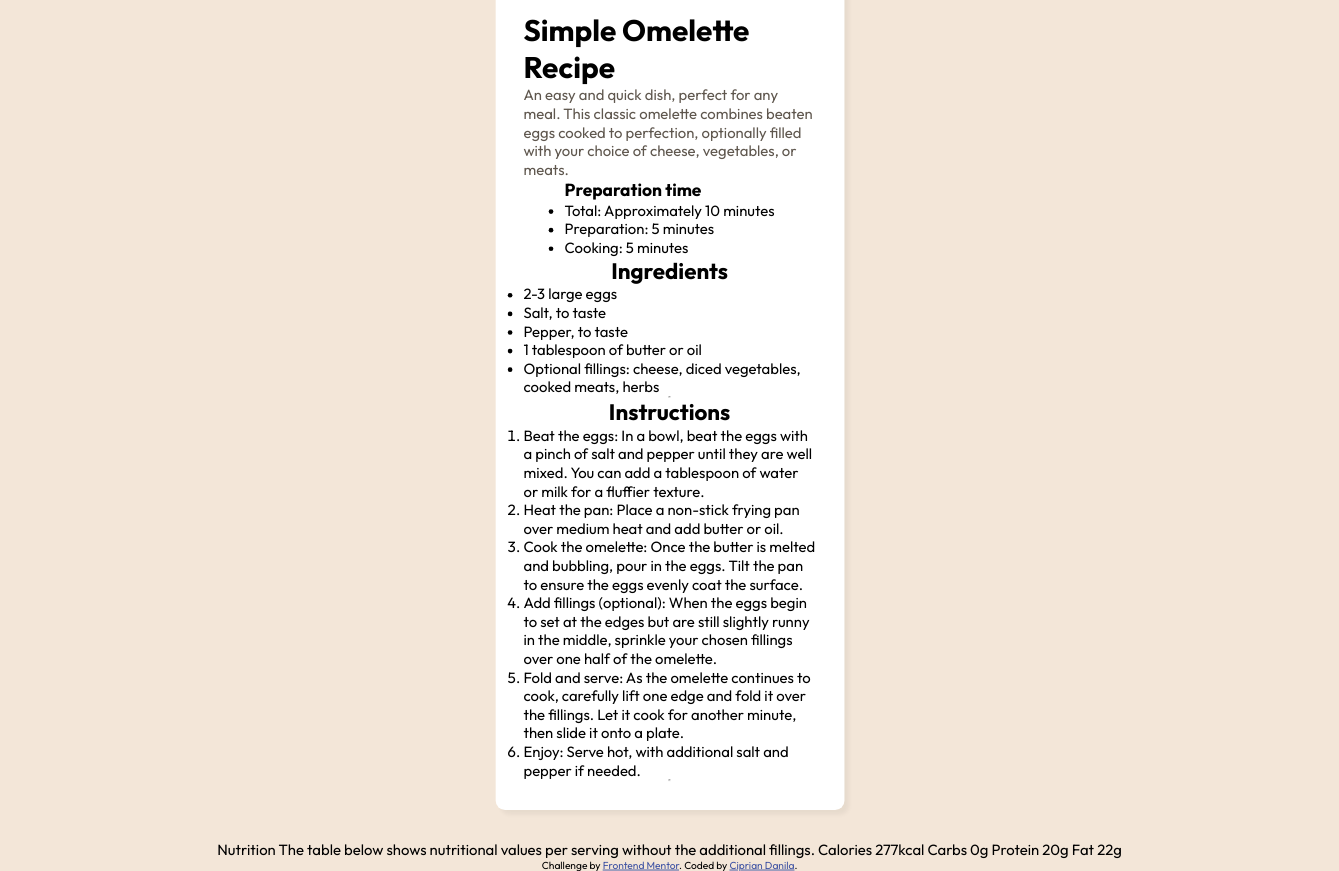
Repository: cipdanila/recipe-page
Page: index.html
The author's editor kept a copy of each file at every save. The page is drawn from the files as they stood at one save, then again after the next save.
The browser window is 1440 px wide. The pictures show the whole page, at 93% of full size.

Above is the page before, as saved 2024-01-21 15:56:31.

After the next save:
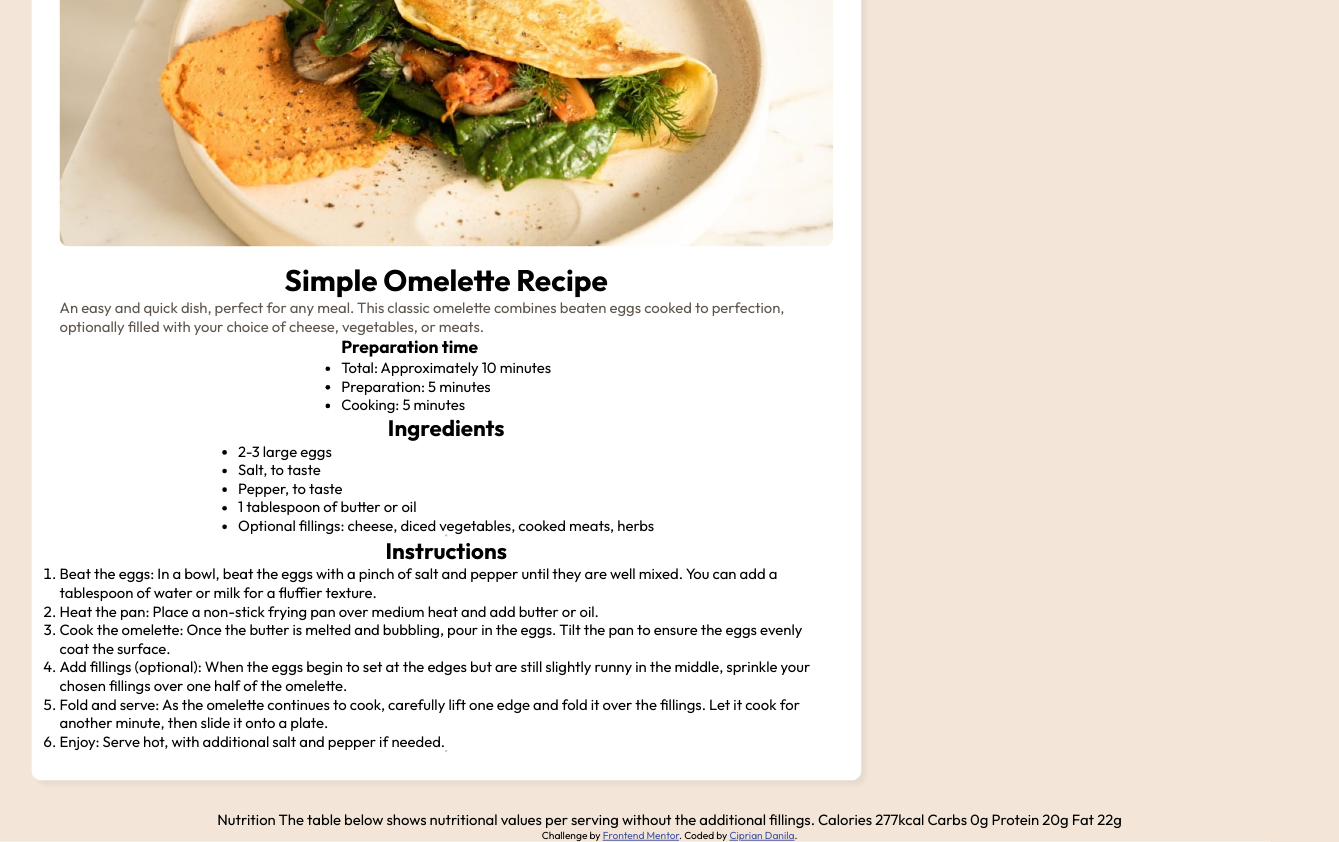
Saved 40 s later.
--- a/styles.css
+++ b/styles.css
@@ -64,8 +64,8 @@
     color: hsl(228, 45%, 44%);
 }
 
-@media (min-width: 375px) {
+@media (min-width: 1440px) {
     .container {
-        width: 375px;
+        width: 65%;
     }
 }
